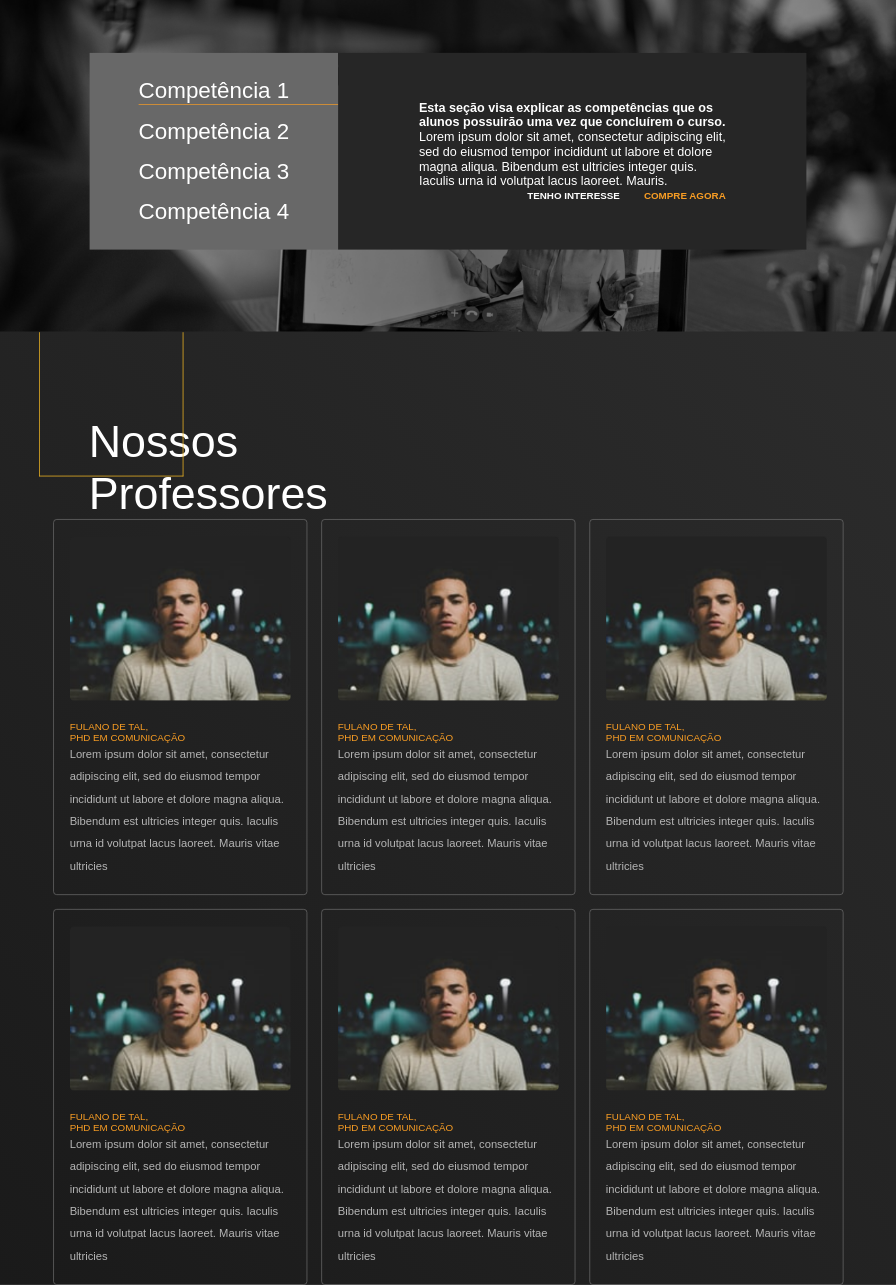
Repository: Rafael-Araujo-dev/Treinamento-Raccoon
Page: Projeto-2/index.html
The author's editor kept a copy of each file at every save. The page is drawn from the files as they stood at one save, then again after the next save.
The browser window is 1280 px wide. The pictures show the part of the page from y = 1882 to 3802 px (the page is 3717 px tall before and 3802 px after), at 70% of full size.
Backgrounds fixed to the window are drawn as part of the page. Some web fonts or font styles are not loaded; a fallback is used.

Above is the page before, as saved 2021-09-23 16:59:18.

### Projeto-2/index.html
<!DOCTYPE html>
<html>
    <head>
        <title></title>
        <meta charset="utf-8"/>
        <meta name="viewport" content="width=device-width,initial-scale=1.0,maximum-scale=1.0">
        <link rel="preconnect" href="https://fonts.googleapis.com">
        <link rel="preconnect" href="https://fonts.gstatic.com" crossorigin>
        <link href="https://fonts.googleapis.com/css2?family=Yantramanav:wght@300;400;700&display=swap" rel="stylesheet">
        <link rel="stylesheet" href="https://use.fontawesome.com/releases/v5.15.4/css/all.css" integrity="sha384-DyZ88mC6Up2uqS4h/KRgHuoeGwBcD4Ng9SiP4dIRy0EXTlnuz47vAwmeGwVChigm" crossorigin="anonymous">
        <link rel="stylesheet" href="css/style.css"/>
    </head>
    <body>
        <section class="hero-section">
            <div class="hero-header">
                <img class="logo" src="images/LOGOSYNAPSE_simbolo_laranja.png"/>
            </div>
            <div class="hero-container">
                <div class="hero-title">
                    Lorem ipsum dolor sit amet,<br>
                    consectetur adipiscing elit
                </div>
                <div class="hero-text">
                    Lorem ipsum dolor sit amet, consectetur adipiscing elit, sed do eiusmod tempor incididunt ut labore et dolore
                </div>
            </div>
            <div class="hero-btn-group">
                <button class="btn secondary">
                    Tenho interesse
                </button>
                <button class="btn primary">
                    Comprar agora
                </button>
            </div>
        </section>

        <section class="course-summary">
            <div class="container">
                <div class="col m">
                    <span class="rectangule"></span>
                    <span class="title">
                        Sem<br>clientes?
                    </span>
                    <div class="text">
                        <strong>Esta seção visa explicar resumidamente o curso.</strong>
                        <br>
                        Lorem ipsum dolor sit amet, consectetur adipiscing elit, sed do eiusmod tempor incididunt ut labore et dolore magna aliqua. Bibendum est ultricies integer quis. Iaculis urna id volutpat lacus laoreet. Mauris vitae ultricies leo integer malesuada. Ac odio tempor
                    </div>
                    <div class="btn-group">
                        <button class="btn secondary">
                            Tenho interesse
                        </button>
                        <button class="btn primary">
                            Comprar agora
                        </button>
                    </div>
                </div>
                <div class="col l">
                    <div class="card-container">
                        <div class="card-item">
                            <div class="container">
                                <div class="card-image">
                                    <img src="./images/Oratória Digital Logo-1.png"/>
                                </div>
                                <div class="card-description">
                                    <div class="card-title">
                                        Objetivo
                                    </div>
                                    <div class="card-text">
                                        Lorem ipsum dolor sit amet, consectetur adipiscing elit, sed do eiusmod tempor incididunt
                                    </div>
                                </div>
                            </div>
                        </div>
                        <div class="card-item">
                            <div class="container">
                                <div class="card-image">
                                    <img src="./images/Oratória Digital Logo-1.png"/>
                                </div>
                                <div class="card-description">
                                    <div class="card-title">
                                        Competências
                                    </div>
                                    <div class="card-text">
                                        Lorem ipsum dolor sit amet, consectetur adipiscing elit, sed do eiusmod tempor incididunt
                                    </div>
                                </div>
                            </div>
                        </div>
                        <div class="card-item">
                            <div class="container">
                                <div class="card-image">
                                    <img src="./images/Oratória Digital Logo-1.png"/>
                                </div>
                                <div class="card-description">
                                    <div class="card-title">
                                        Metodologia
                                    </div>
                                    <div class="card-text">
                                        Lorem ipsum dolor sit amet, consectetur adipiscing elit, sed do eiusmod tempor incididunt
                                    </div>
                                </div>
                            </div>
                        </div>
                        <div class="card-item">
                            <div class="container">
                                <div class="card-image">
                                    <img src="./images/Oratória Digital Logo-1.png"/>
                                </div>
                                <div class="card-description">
                                    <div class="card-title">
                                        Professores
                                    </div>
                                    <div class="card-text">
                                        Lorem ipsum dolor sit amet, consectetur adipiscing elit, sed do eiusmod tempor incididunt
                                    </div>
                                </div>
                            </div>
                        </div>
                    </div>
                </div>
                <center>
                    <div class="btn-group mobile">
                        <button class="btn secondary">
                            Tenho interesse
                        </button>
                        <button class="btn primary">
                            Comprar agora
                        </button>
                    </div>
                </center>
            </div>
        </section>

        <section class="take-course">
            <div class="container">
                <div class="text">
                    Chegou a sua hora de brilhar <br>lorem ipsum dolor sit amet
                </div>
                <div class="card">
                    <div class="text">
                        R$ 5.000,00
                    </div>
                    <button class="btn white">
                        Fazer o curso
                    </button>
                </div>
            </div>
        </section>

        <section class="course-skills">
            <div class="container desktop">
                <div class="menu">
                    <ul class="items">
                       <li class="item active">
                           Competência 1
                           <div class="bar active"></div>
                       </li>
                       <li class="item">
                        Competência 2
                        <div class="bar disabled"></div>
                        </li>
                        <li class="item">
                            Competência 3
                            <div class="bar disabled"></div>
                        </li>
                        <li class="item">
                            Competência 4
                            <div class="bar disabled"></div>
                        </li>
                    </ul>
                </div>
                <div class="description">
                    <div class="text">
                        <strong>Esta seção visa explicar as competências que os alunos possuirão uma vez que concluírem o curso.</strong> Lorem ipsum dolor sit amet, consectetur adipiscing elit, sed do eiusmod tempor incididunt ut labore et dolore magna aliqua. Bibendum est ultricies integer quis. Iaculis urna id volutpat lacus laoreet. Mauris.
                    </div>
                    <div class="btn-group">
                        <button class="btn primary">
                            Tenho interesse
                        </button>
                        <button class="btn secondary">
                            Compre agora
                        </button>
                    </div>
                </div>
            </div>
            <div class="container-mobile">
                <div class="title">
                    <!-- <span class="rectangule"></span> -->
                    O que você <br> Aprenderá
                </div>
                <div class="accordion">
                    <input id="competencia-1" type="checkbox" class="accordion-toggle" checked/>
                    <label for="competencia-1">
                        Competência 1
                    </label>
                    <section>
                        <p>
                            Lorem ipsum dolor sit amet, consectetur adipiscing elit, sed do eiusmod tempor incididunt ut labore et dolore magna aliqua. Bibendum est ultricies integer quis. Iaculis urna id volutpat lacus laoreet.
                        </p>
                    </section>
                </div>
                <div class="accordion">
                    <input id="competencia-2" type="checkbox" class="accordion-toggle"/>
                    <label for="competencia-2">
                        Competência 2
                    </label>
                    <section>
                        <p>
                            Lorem ipsum dolor sit amet, consectetur adipiscing elit, sed do eiusmod tempor incididunt ut labore et dolore magna aliqua. Bibendum est ultricies integer quis. Iaculis urna id volutpat lacus laoreet.
                        </p>
                    </section>
                </div>
                <div class="accordion">
                    <input id="competencia-3" type="checkbox" class="accordion-toggle"/>
                    <label for="competencia-3">
                        Competência 3
                    </label>
                    <section>
                        <p>
                            Lorem ipsum dolor sit amet, consectetur adipiscing elit, sed do eiusmod tempor incididunt ut labore et dolore magna aliqua. Bibendum est ultricies integer quis. Iaculis urna id volutpat lacus laoreet.
                        </p>
                    </section>
                </div>
                <div class="accordion">
                    <input id="competencia-4" type="checkbox" class="accordion-toggle"/>
                    <label for="competencia-4">
                        Competência 4
                    </label>
                    <section>
                        <p>
                            Lorem ipsum dolor sit amet, consectetur adipiscing elit, sed do eiusmod tempor incididunt ut labore et dolore magna aliqua. Bibendum est ultricies integer quis. Iaculis urna id volutpat lacus laoreet.
                        </p>
                    </section>
                </div>
                <div class="btn-group">
                    <button class="btn secondary">
                        Tenho interesse
                    </button>
                    <button class="btn primary">
                        Compre agora
                    </button>
                </div>
            </div>
        </section>

        <section class="our-teachers">
            <div class="container">
                <div class="header">
                    <span class="rectangule"></span>
                    <span class="title">
                        Nossos<br>Professores
                    </span>
                </div>

            <div class="card-container">
                <div class="card-item">
                    <div class="container">
                        <div class="card-image">
                            <img src="./images/Retângulo 27-1.png"/>
                        </div>
                        <div class="card-description">
                            <div class="card-title">
                                FULANO DE TAL,
                                <br>phd em comunicação
                            </div>
                            <div class="card-text">
                                Lorem ipsum dolor sit amet, consectetur adipiscing elit, sed do eiusmod tempor incididunt ut labore et dolore magna aliqua. Bibendum est ultricies integer quis. Iaculis urna id volutpat lacus laoreet. Mauris vitae ultricies
                            </div>
                        </div>
                    </div>
                </div>
                <div class="card-item">
                    <div class="container">
                        <div class="card-image">
                            <img src="./images/Retângulo 27-1.png"/>
                        </div>
                        <div class="card-description">
                            <div class="card-title">
                                FULANO DE TAL,
                                <br>phd em comunicação
                            </div>
                            <div class="card-text">
                                Lorem ipsum dolor sit amet, consectetur adipiscing elit, sed do eiusmod tempor incididunt ut labore et dolore magna aliqua. Bibendum est ultricies integer quis. Iaculis urna id volutpat lacus laoreet. Mauris vitae ultricies
                            </div>
                        </div>
                    </div>
                </div>
                <div class="card-item">
                    <div class="container">
                        <div class="card-image">
                            <img src="./images/Retângulo 27-1.png"/>
                        </div>
                        <div class="card-description">
                            <div class="card-title">
                                FULANO DE TAL,
                                <br>phd em comunicação
                            </div>
                            <div class="card-text">
                                Lorem ipsum dolor sit amet, consectetur adipiscing elit, sed do eiusmod tempor incididunt ut labore et dolore magna aliqua. Bibendum est ultricies integer quis. Iaculis urna id volutpat lacus laoreet. Mauris vitae ultricies
                            </div>
                        </div>
                    </div>
                </div>
                <div class="card-item">
                    <div class="container">
                        <div class="card-image">
                            <img src="./images/Retângulo 27-1.png"/>
                        </div>
                        <div class="card-description">
                            <div class="card-title">
                                FULANO DE TAL,
                                <br>phd em comunicação
                            </div>
                            <div class="card-text">
                                Lorem ipsum dolor sit amet, consectetur adipiscing elit, sed do eiusmod tempor incididunt ut labore et dolore magna aliqua. Bibendum est ultricies integer quis. Iaculis urna id volutpat lacus laoreet. Mauris vitae ultricies
                            </div>
                        </div>
                    </div>
                </div>
                <div class="card-item">
                    <div class="container">
                        <div class="card-image">
                            <img src="./images/Retângulo 27-1.png"/>
                        </div>
                        <div class="card-description">
                            <div class="card-title">
                                FULANO DE TAL,
                                <br>phd em comunicação
                            </div>
                            <div class="card-text">
                                Lorem ipsum dolor sit amet, consectetur adipiscing elit, sed do eiusmod tempor incididunt ut labore et dolore magna aliqua. Bibendum est ultricies integer quis. Iaculis urna id volutpat lacus laoreet. Mauris vitae ultricies
                            </div>
                        </div>
                    </div>
                </div>
                <div class="card-item">
                    <div class="container">
                        <div class="card-image">
                            <img src="./images/Retângulo 27-1.png"/>
                        </div>
                        <div class="card-description">
                            <div class="card-title">
                                FULANO DE TAL,
                                <br>phd em comunicação
                            </div>
                            <div class="card-text">
                                Lorem ipsum dolor sit amet, consectetur adipiscing elit, sed do eiusmod tempor incididunt ut labore et dolore magna aliqua. Bibendum est ultricies integer quis. Iaculis urna id volutpat lacus laoreet. Mauris vitae ultricies
                            </div>
                        </div>
                    </div>
                </div>
            </div>
        </div>
        </section>

    </body>
</html>

Loaded but not shown: Projeto-2/css/style.css (772 lines, source omitted)

After the next save:
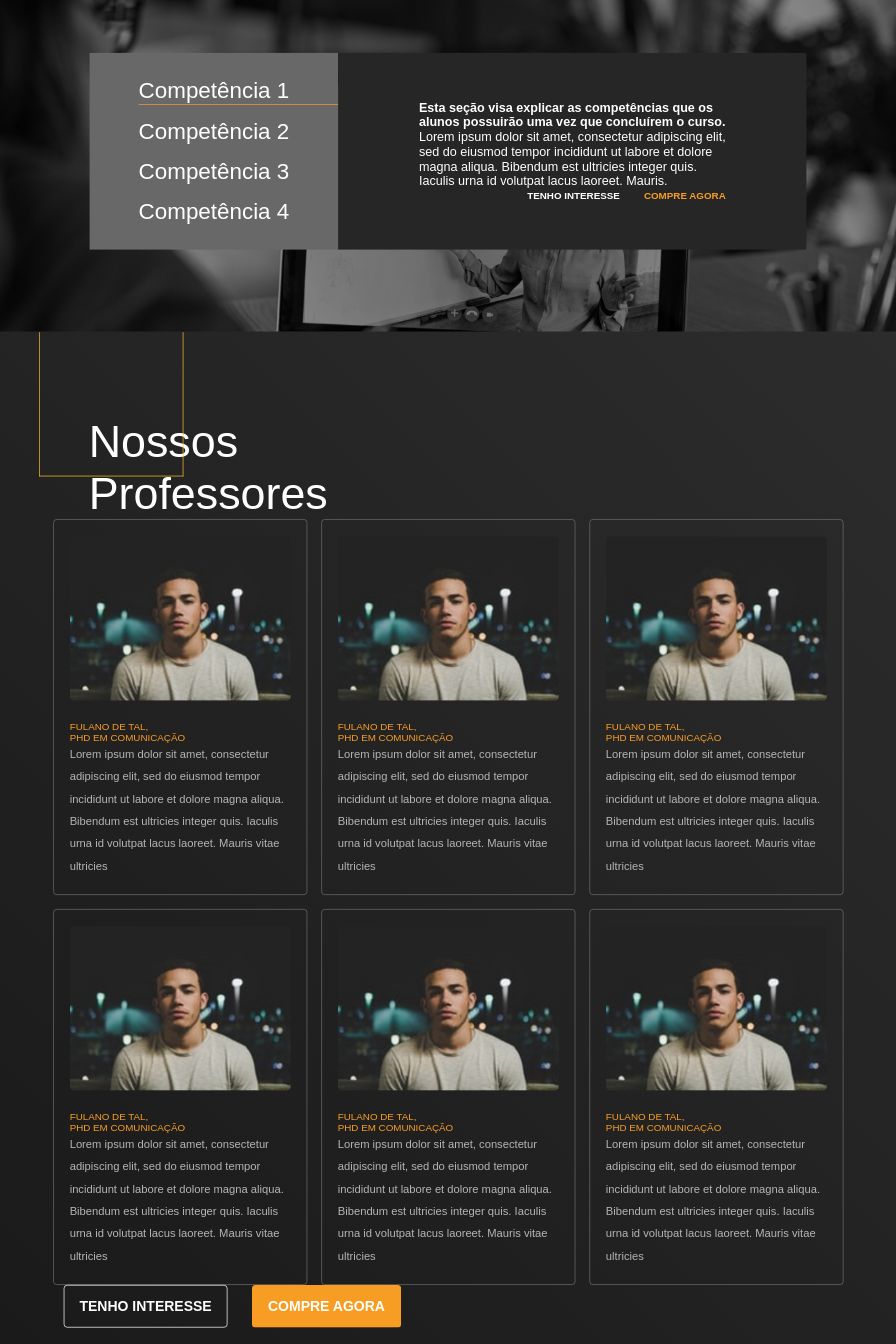
Saved 6 days later.
--- a/Projeto-2/index.html
+++ b/Projeto-2/index.html
@@ -351,6 +351,14 @@
                     </div>
                 </div>
             </div>
+            <div class="btn-group">
+                <button class="btn secondary">
+                    Tenho interesse
+                </button>
+                <button class="btn primary">
+                    Compre agora
+                </button>
+            </div>
         </div>
         </section>
 
